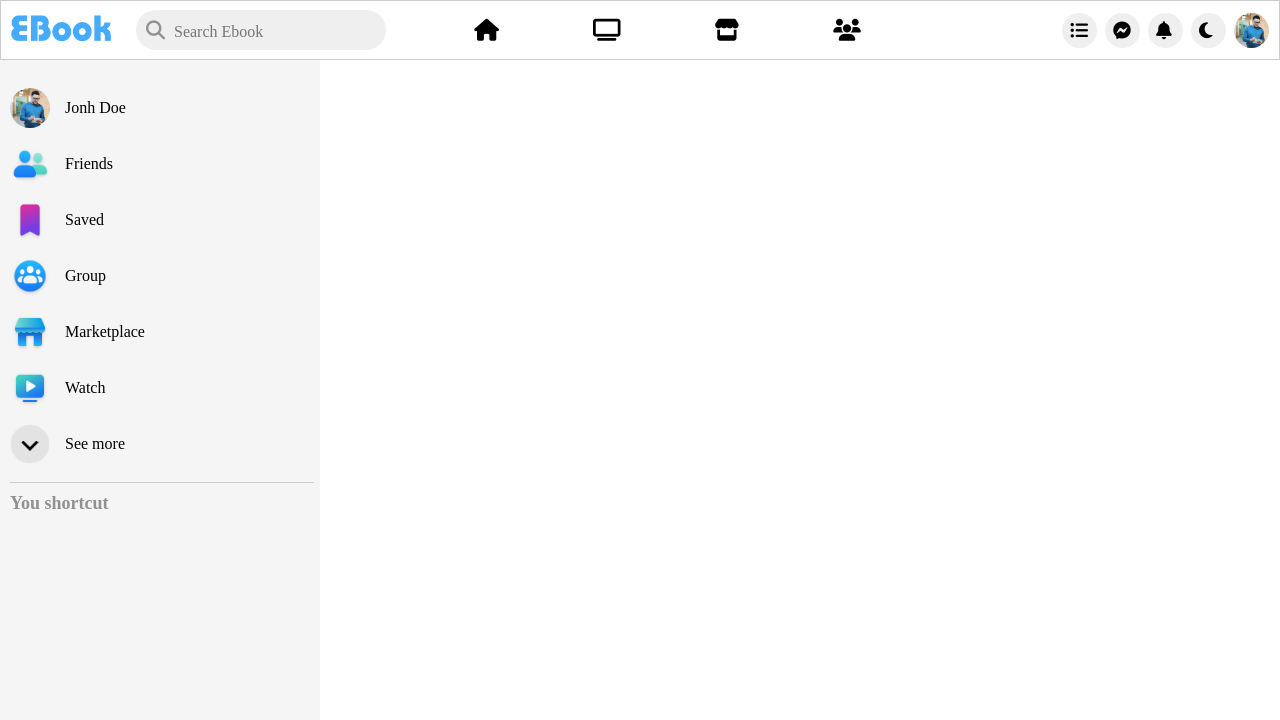
Repository: datvu1608/cloneebook
Page: index.html
An editor plug-in stored every save of this project. The page is shown before and after the next save, followed by the edit.
The browser window is 1280 px wide. The pictures show the whole page.
Some web libraries are served in a nearby version.

Above is the page before, as saved 2023-02-23 15:06:23.

### index.html
<!DOCTYPE html>
<html lang="en">
  <head>
    <meta charset="UTF-8" />
    <meta http-equiv="X-UA-Compatible" content="IE=edge" />
    <meta name="viewport" content="width=device-width, initial-scale=1.0" />
    <title>Face Clone</title>
    <link
      rel="stylesheet"
      href="https://cdnjs.cloudflare.com/ajax/libs/font-awesome/6.3.0/css/all.min.css"
      integrity="sha512-SzlrxWUlpfuzQ+pcUCosxcglQRNAq/DZjVsC0lE40xsADsfeQoEypE+enwcOiGjk/bSuGGKHEyjSoQ1zVisanQ=="
      crossorigin="anonymous"
      referrerpolicy="no-referrer"
    />
    <link rel="stylesheet" href="style.css" />
  </head>
  <body>
    <nav>
      <div class="left">
        <div class="logo">
          <img src="./image/logo.png" alt="" />
        </div>
        <div class="search-bar">
          <i class="fa-solid fa-magnifying-glass"></i>
          <input type="text" name="" id="" placeholder="Search Ebook" />
        </div>
      </div>

      <div class="center">
        <i class="fa-solid fa-house"></i>
        <i class="fa-solid fa-tv"></i>
        <i class="fa-solid fa-store"></i>
        <i class="fa-solid fa-users"></i>
      </div>

      <div class="right">
        <i class="fa-solid fa-list-ul"></i>
        <i class="fa-brands fa-facebook-messenger"></i>
        <i class="fa-solid fa-bell"></i>
        <i class="fa-solid fa-moon"></i>
        <img src="./image/profile.png" alt="" />
      </div>
    </nav>

    <!-- Main -->
    <div class="main">
      <!-- left -->
      <div class="left">
        <div class="img">
          <img src="./image/profile.png" alt="" />
          <p>Jonh Doe</p>
        </div>
        <div class="img">
          <img src="./image/friend.png" alt="" />
          <p>Friends</p>
        </div>
        <div class="img">
          <img src="./image/saved.png" alt="" />
          <p>Saved</p>
        </div>
        <div class="img">
          <img src="./image/group.png" alt="" />
          <p>Group</p>
        </div>
        <div class="img">
          <img src="./image/marketplace.png" alt="" />
          <p>Marketplace</p>
        </div>
        <div class="img">
          <img src="./image/watch.png" alt="" />
          <p>Watch</p>
        </div>
        <div class="img">
          <img src="./image/down_arrow.png" alt="" />
          <p>See more</p>
        </div>
        <hr />

        <h2>You shortcut</h2>
        <p class="edit">Edit</p>

        <div class="shortcut"></div>
      </div>
      <div class="center"></div>
      <div class="right"></div>
    </div>
  </body>
</html>

### style.css
* {
  margin: 0;
  padding: 0;
  box-sizing: border-box;
  font-family: serif;
}
nav {
  width: 100%;
  height: 60px;
  display: flex;
  align-items: center;
  justify-content: space-between;
  border: 1px solid #ccc;
  background: #fff;
  position: fixed;
  top: 0;
  z-index: 1000;
  cursor: pointer;
}
nav .left img {
  width: 100px;
  margin: 5px 0;
  cursor: pointer;
}
nav .left {
  display: flex;
  align-items: center;
  justify-content: center;
  margin-left: 10px;
}
nav .left .search-bar {
  width: 250px;
  height: 40px;
  background: #efefef;
  border-radius: 30px;
  padding: 0 10px;
  margin-left: 10px;
  position: relative;
  left: 15px;
}
nav .left .search-bar i {
  line-height: 40px;
  font-size: 19px;
  color: #919191;
  margin-right: 5px;
}
nav .left .search-bar input {
  background-color: transparent;
  outline: none;
  border: 0;
  width: 200px;
  font-size: 16px;
}

nav .center {
  position: relative;
  right: 45px;
}
nav .center i {
  margin: 0 45px 0 45px;
  font-size: 22px;
}
nav .center i:hover {
  color: #45abff;
  cursor: pointer;
}

nav .right {
  display: flex;
  align-items: center;
  margin-right: 10px;
}
nav .right i {
  width: 35px;
  height: 35px;
  border-radius: 50%;
  background: #efefef;
  line-height: 35px;
  padding-left: 8px;
  font-size: 18px;
  margin-left: 8px;
  cursor: pointer;
}
nav .right img {
  width: 35px;
  height: 35px;
  object-fit: cover;
  object-position: center;
  border-radius: 50%;
  margin-left: 8px;
  line-height: 45px;
  cursor: pointer;
}

/* main */
.main {
  display: flex;
  margin-top: 60px;
  background-color: #f5f5f5;
}
.main .left {
  width: 25%;
  height: 92vh;
  overflow: hidden;
  overflow-y: scroll;
  background-color: #f5f5f5;
  padding: 20px 6px 5px 10px;
  position: fixed;
}
.main .left::-webkit-scrollbar {
  width: 7px;
}
.main .left::-webkit-scrollbar-thumb {
  border-radius: 20px;
  background-color: #f5f5f5;
}
.main .left:hover::-webkit-scrollbar-thumb {
  background-color: #ccc;
}
.main .left .img {
  display: flex;
  align-items: center;
  cursor: pointer;
  transition: 0.2s;
}
.main .left .img:hover {
  background: #e3e3e3;
}
.main .left .img img {
  width: 40px;
  height: 40px;
  object-fit: cover;
  object-position: center;
  border-radius: 50%;
  margin: 8px 15px 8px 0;
}
.main .left hr {
  width: 100%;
  height: 1px;
  border: 0;
  background: #ccc;
  margin: 10px 0;
}

.main .left h2 {
  font-size: 18px;
  color: #919191;
  margin: 5px 0;
}
.main .left .edit {
  color: #45abff;
  font-size: 15px;
  float: right;
  position: relative;
  bottom: 23px;
  cursor: pointer;
  opacity: 0;
}
.main .left:hover .edit {
  opacity: 1;
}

After the next save:
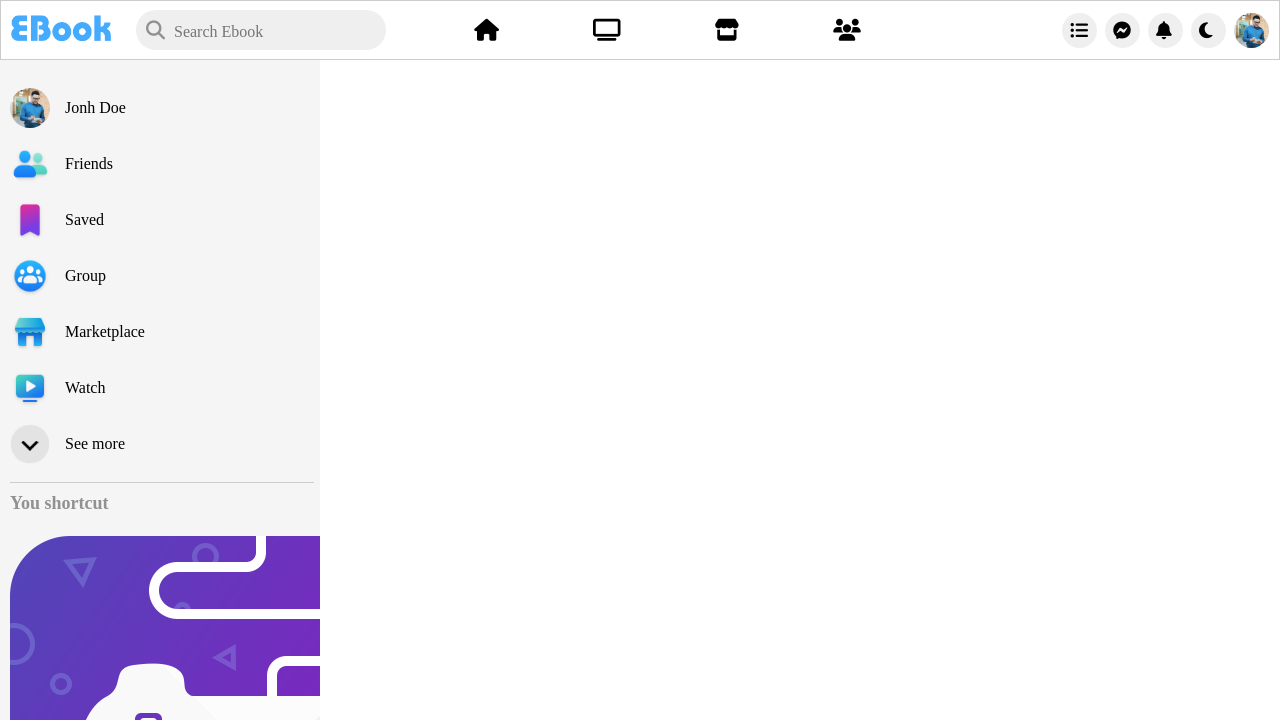
Saved 21 s later.
--- a/index.html
+++ b/index.html
@@ -79,7 +79,10 @@
         <h2>You shortcut</h2>
         <p class="edit">Edit</p>
 
-        <div class="shortcut"></div>
+        <div class="shortcuts">
+          <img src="./image/shortcuts_1.png" alt="" />
+          <p></p>
+        </div>
       </div>
       <div class="center"></div>
       <div class="right"></div>
